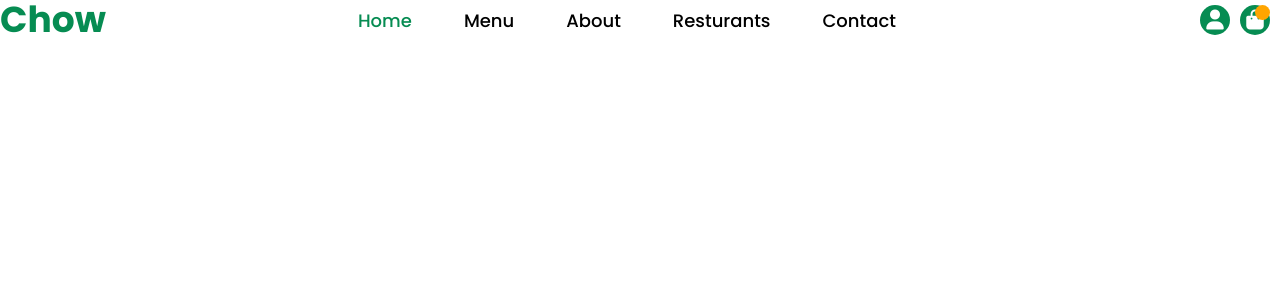
Repository: nguyennam1029/balbal
Page: index.html
These files come from the project's save history. The page is drawn as it stood at one moment and after the next save; the edit follows.
The browser window is 1280 px wide. The pictures show the whole page.
Some web libraries are served in a nearby version.

Above is the page before, as saved 2022-07-01 17:07:20.

After the next save:
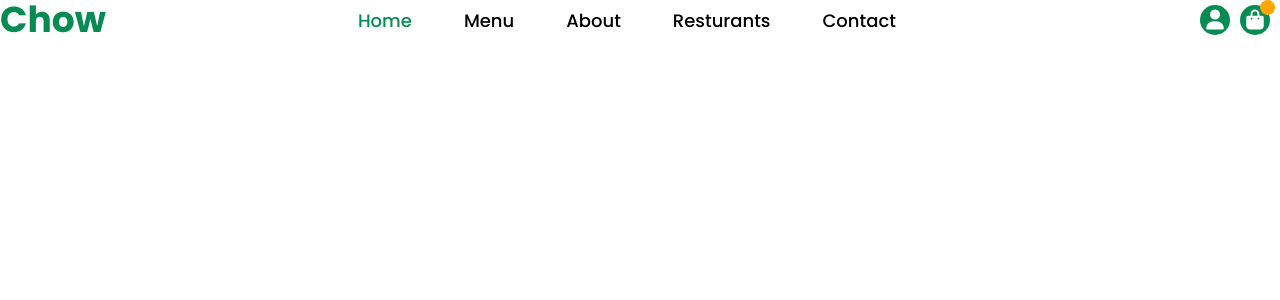
Saved 40 s later.
--- a/css/style.css
+++ b/css/style.css
@@ -120,8 +120,8 @@ ul {
 
 .menu-right--circle {
     position             : absolute;
-    top                  : 0;
-    right                : 0;
+    top                  : -5px;
+    right                : -5px;
     width                : 15px;
     height               : 15px;
     background           : #FFA500;
